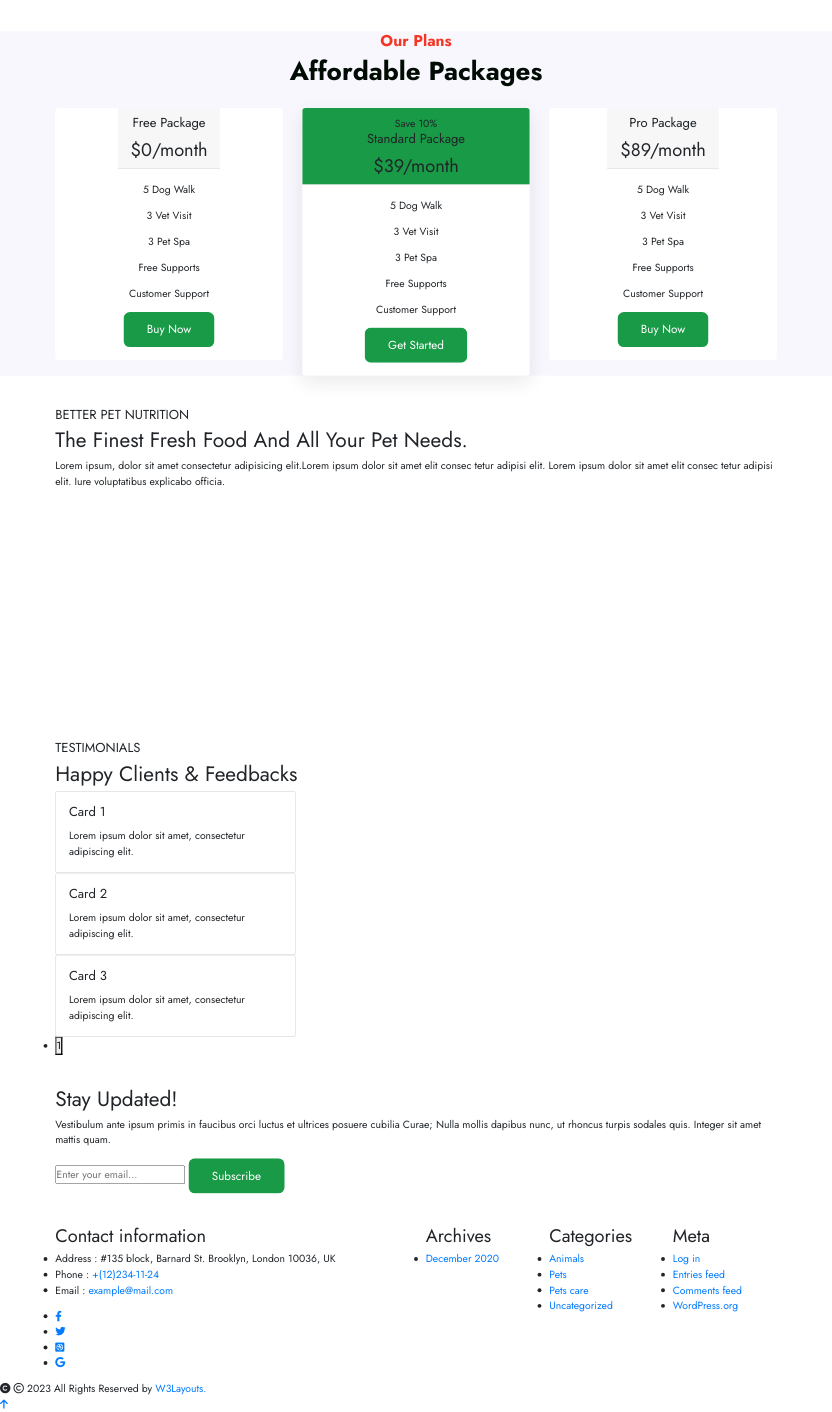
Repository: thanhfrankie/poochcare
Page: index.html
An editor plug-in stored every save of this project. The page is shown before and after a run of saves, followed by the edit.
The browser window is 1280 px wide. The pictures show the whole page, at 65% of full size.
Pictures or frames that could not be fetched are drawn as grey boxes.

Above is the page before, as saved 2023-12-20 22:07:12.

After the next 3 saves:
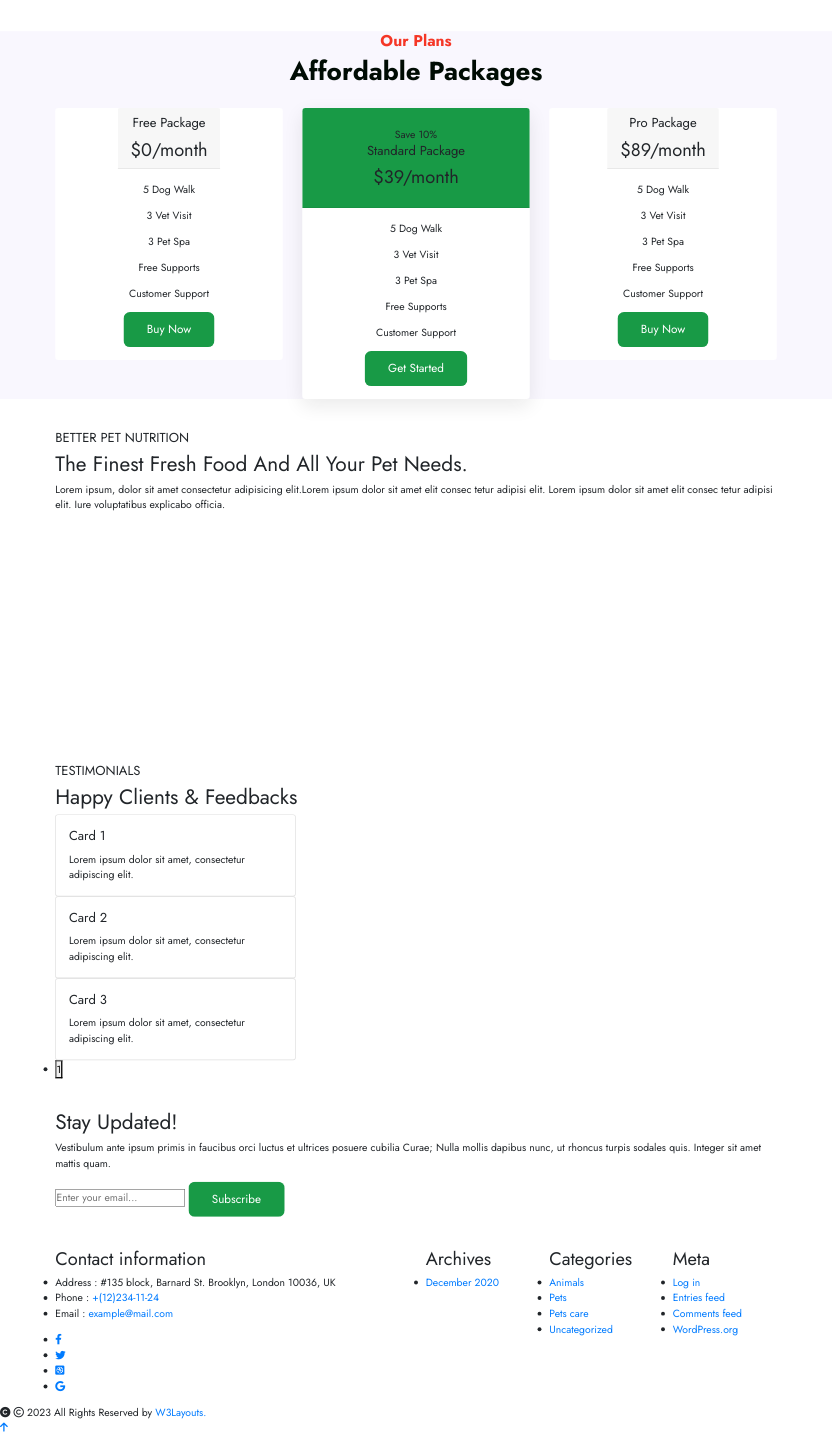
The 3 saves are shown as one change because they came seconds apart.
The last was saved 45 s later.
--- a/css/pricing.css
+++ b/css/pricing.css
@@ -41,6 +41,7 @@
 }
 .pricing .container .row .card2 .card-header {
   width: 100%;
+  padding: 30px 0;
   background-color: #189a46;
   border-top-right-radius: 5px;
   border-top-left-radius: 5px;
